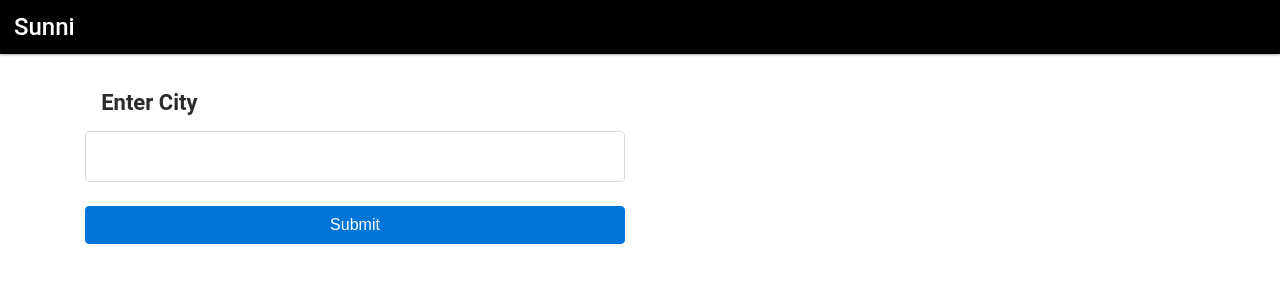
Repository: Oakga/Weather_app
Page: index.html
These files come from the project's save history. The page is drawn as it stood at one moment and after the next save; the edit follows.
The browser window is 1280 px wide. The pictures show the whole page.

Above is the page before, as saved 2017-09-22 05:46:16.

### index.html
<!DOCTYPE html>
<html>
<head>
    <meta charset="utf-8">
    <link rel="stylesheet" href="https://maxcdn.bootstrapcdn.com/bootstrap/4.0.0-alpha.6/css/bootstrap.min.css" integrity="sha384-rwoIResjU2yc3z8GV/NPeZWAv56rSmLldC3R/AZzGRnGxQQKnKkoFVhFQhNUwEyJ" crossorigin="anonymous">
    <!-- <link href='http://fonts.googleapis.com/css?family=Roboto:400,300,700' rel='stylesheet' type='text/css'> -->
    <link href="css/styles.css" rel="stylesheet" type="text/css">
    <script src="https://unpkg.com/axios/dist/axios.min.js"></script>
</head>
<body>
    <header>
        <h1>Sunni</h1>
    </header>
    <div class="container">
        <div class="row">
            <div class="col">
                <h2>Enter City</h2>
                <form id="location-form">
                    <input type="text" id="location-input" class="form-control form-control-lg "/>
                    <br>
                    <button type="submit" class="btn btn-primary btn-block">Submit</button>
                </form>
                <div id="formatted-address"></div>
                <div id="geometry-component"></div>
                <div id="weather-component"></div>
            </div>
            <div class="col">
            </div>
        </div>
    </div>
    <script src="js/main.js"></script>
</body>
</html>

### css/styles.css
body {
    font-family: 'Roboto', 'Sans Serif';
    font-size: 16px;
    padding: 0;
    margin: 0;
}

header {
    background-color: #000000;
    padding: 14px;
    box-shadow: 0 1px 3px rgba(0,0,0,0.12), 0 1px 2px rgba(0,0,0,0.24);
}

h1, h2, h3 {
    font-weight: 300;
}

header > h1 {
    font-weight: 500;
    font-size: 24px;
    margin: 0;
    color: #FFFFFF;
}

h2 {
    font-size: 22px;
    margin: 20px 0 0 0;
    padding: 3%;
    font-weight: bolder;
}

.table {
    border-radius: 5px;
    width: 50%;
    margin: 0px auto;
    float: none;
}

### js/main.js
class dailyReport {
    constructor(Time,Humidity,Precipitation,Intensity,Wind,MaxTemperature,MinTemperature){
    this.Time = Time;
    this.Humidity = Humidity;
    this.Precipitation = Precipitation;
    this.Intensity = Intensity;
    this.Wind = Wind;
    this.MaxTemperature = MaxTemperature;
    this.MinTemperature = MinTemperature;
};
};

class todayReport {
    constructor(Time,Summary,Humidity,Temperature, Precipitation,Intensity,Wind,){
    this.Time = Time;
    this.Summary = Summary;
    this.Humidity = Humidity;
    this.Temperature = Temperature;
    this.Precipitation = Precipitation;
    this.Intensity = Intensity;
    this.Wind = Wind;
};
};

let geoCode = (location) => {
    axios.get('https://maps.googleapis.com/maps/api/geocode/json',{
    params:{
        address: location,
        key: 'AIzaSyAkYBjwd7ygcP8GpAz47QsP3s3vaweLAE0'
    }
}).then(function(response){
    const formattedAddr = response.data.results[0].formatted_address;
    const formattedAddrOutput = `
    <ul class="list-group">
    <li class="list-group-item">
    ${formattedAddr}
    </li>
    </ul>
    `;
    let addressComponents = response.data.results[0].address_components;
    let lat = Math.round(response.data.results[0].geometry.location.lat*10000)/10000;
    let lng = Math.round(response.data.results[0].geometry.location.lng*10000)/10000;
    let geometryOutput = `
    <ul class="list-group">
    <li class="list-group-item">
    <strong>
    Latitude
    </strong>: ${lat}
    </li>
    <li class="list-group-item">
    <strong>
    Longitude
    </strong>: ${lng}
    </li>
    </ul>
    `;
    document.getElementById('formatted-address').innerHTML = formattedAddrOutput;
    document.getElementById('geometry-component').innerHTML = geometryOutput;

    darkSky(lat,lng);

})
.catch(function(error){
    const formattedAddrOutput = `
    <div class="alert alert-danger" role="alert">
    <strong>Unknown Location!</strong> Change a few things up and try submitting again.
    </div>
    `;
    document.getElementById('formatted-address').innerHTML = formattedAddrOutput;
})
};

let darkSky = (lat, lng, date = Date.now()) => {
    let apiCall = 'https://cors-anywhere.herokuapp.com/https://api.darksky.net/forecast/c84a2f187efcca194054935abae32b10/'+lat+','+lng;
    axios.get(apiCall,{
        params: {
            exclude: '[hourly,flags]',
            time: date
        }
    }).then(function(response){
        let weeklyReport = [];
        const months = ['Jan','Feb','Mar','Apr','May','Jun','Jul','Aug','Sep','Oct','Nov','Dec'];
        const days = ['Sun','Mon','Tue','Wed','Thur','Fri','Sat'];
        let year, month, day;
        const currentDate =  response.data.currently;
        const dailyDate = response.data.daily.data;

        console.log(currentDate);
        for(let i=0;i<dailyDate.length;i++){
            var date = new Date(dailyDate[i].time*1000);
            year = date.getFullYear();
            month = months[date.getMonth()];
            day = days[date.getDay()];
            numDate = date.getDate();
            formattedTime = numDate + ' ' + month + ' ' + year;
            const dayReport = weeklyReport[i] = new dailyReport(
                formattedTime,
                dailyDate[i].humidity,
                dailyDate[i].precipProbability,
                dailyDate[i].precipIntensity,
                dailyDate[i].windSpeed,
                dailyDate[i].temperatureMax,
                dailyDate[i].temperatureMin,
            );
        };
        let columnNames = ``;
        for ( property in weeklyReport[0] ) {
            columnNames += `
            <th>
            ${property}
            </th>
            `;
        };

        let itemRows = ``;
        let reportForTheDay;
        for(var i=0;i<weeklyReport.length;i++){
            reportForTheDay=weeklyReport[i];
            itemRows += `<tr>
            <th scope="row">${reportForTheDay.Time}</th>
            <td>${reportForTheDay.Humidity}</td>
            <td>${reportForTheDay.Precipitation}</td>
            <td>${reportForTheDay.Intensity}</td>
            <td>${reportForTheDay.Wind}</td>
            <td>${reportForTheDay.MaxTemperature}</td>
            <td>${reportForTheDay.MinTemperature}</td>
            </tr>`
        };

        let tableOutput = `
        <table class="table">
        <thead class="thead-inverse" id="table-index">
        ${columnNames}
        </thead>
        <tbody>
        ${itemRows}
        </tbody>
        </table>
        `;
        document.getElementById('weather-component').innerHTML = tableOutput;

    })
    .catch(function(error){
        console.log(error);
        const alert = `
        <div class="alert alert-danger" role="alert">
        <strong>Cannot find Weather information!</strong> Change a few things up and try submitting again.
        </div>
        `;
        document.getElementById('weather-component').insertAdjacentHTML("afterbegin",alert);
    })
    ;
}


document.getElementById('location-form').addEventListener('submit', function (e){
    e.preventDefault();
    let location = document.getElementById('location-input').value;
    geoCode(location);

});

After the next save:
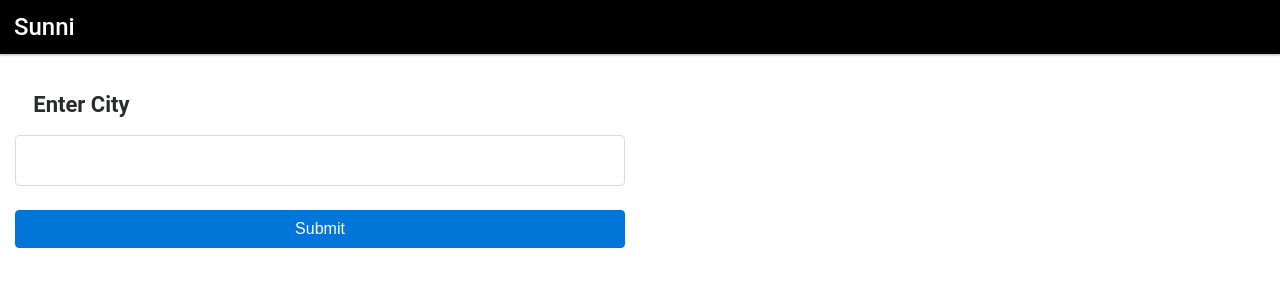
Saved 53 s later.
--- a/index.html
+++ b/index.html
@@ -11,7 +11,7 @@
     <header>
         <h1>Sunni</h1>
     </header>
-    <div class="container">
+    <div class="container-fluid">
         <div class="row">
             <div class="col">
                 <h2>Enter City</h2>
